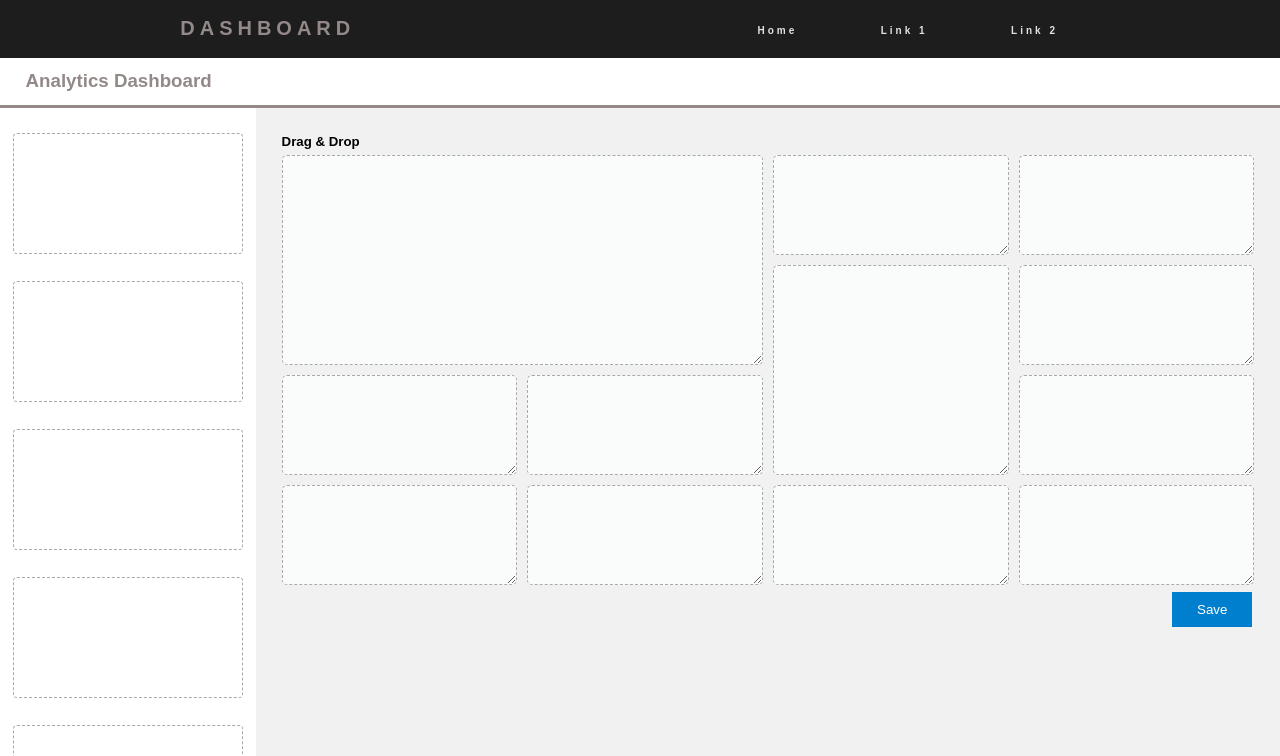
Repository: nourabdelhakam/drag-drop
Page: index.html
An editor plug-in stored every save of this project. The page is shown before and after the next save, followed by the edit.
The browser window is 1280 px wide. The pictures show the whole page.
Some web libraries are served in a nearby version.

Above is the page before, as saved 2020-07-05 15:55:45.
Console error: TypeError: myChart1.forEach is not a function

After the next save:
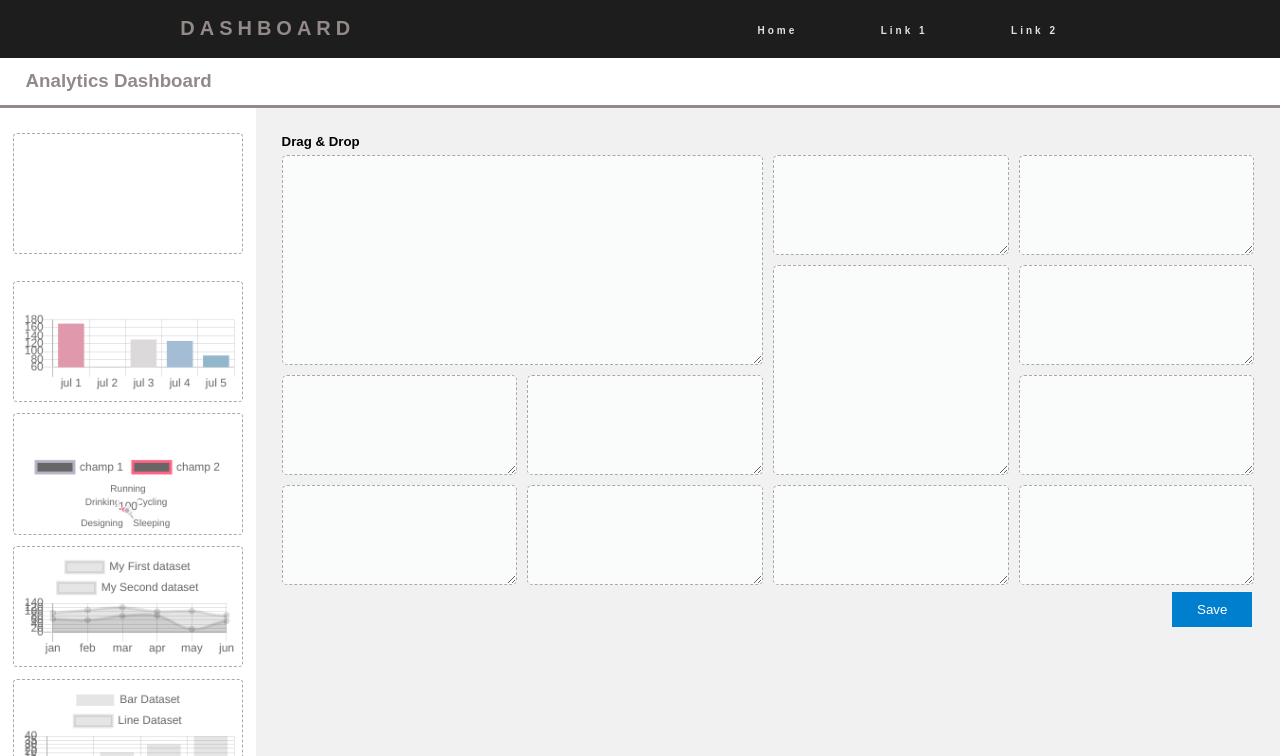
Saved 13 s later.
--- a/chart.js
+++ b/chart.js
@@ -5,10 +5,7 @@
 
 setTimeout(
     function () {
-
-    },100
-)
-let myChart1 = document.getElementsByClassName("myChart");
+        let myChart1 = document.getElementsByClassName("myChart");
 console.log(myChart1);
 
 myChart1.forEach(chart => {
@@ -31,6 +28,9 @@
     });
 });
 
+
+    },100
+)
 
 let labels2 = ['jul 1', 'jul 2', 'jul 3', 'jul 4', 'jul 5'];
 let data2 = [170, 60.5, 130, 126.3, 90];

After the 2 saves that followed:
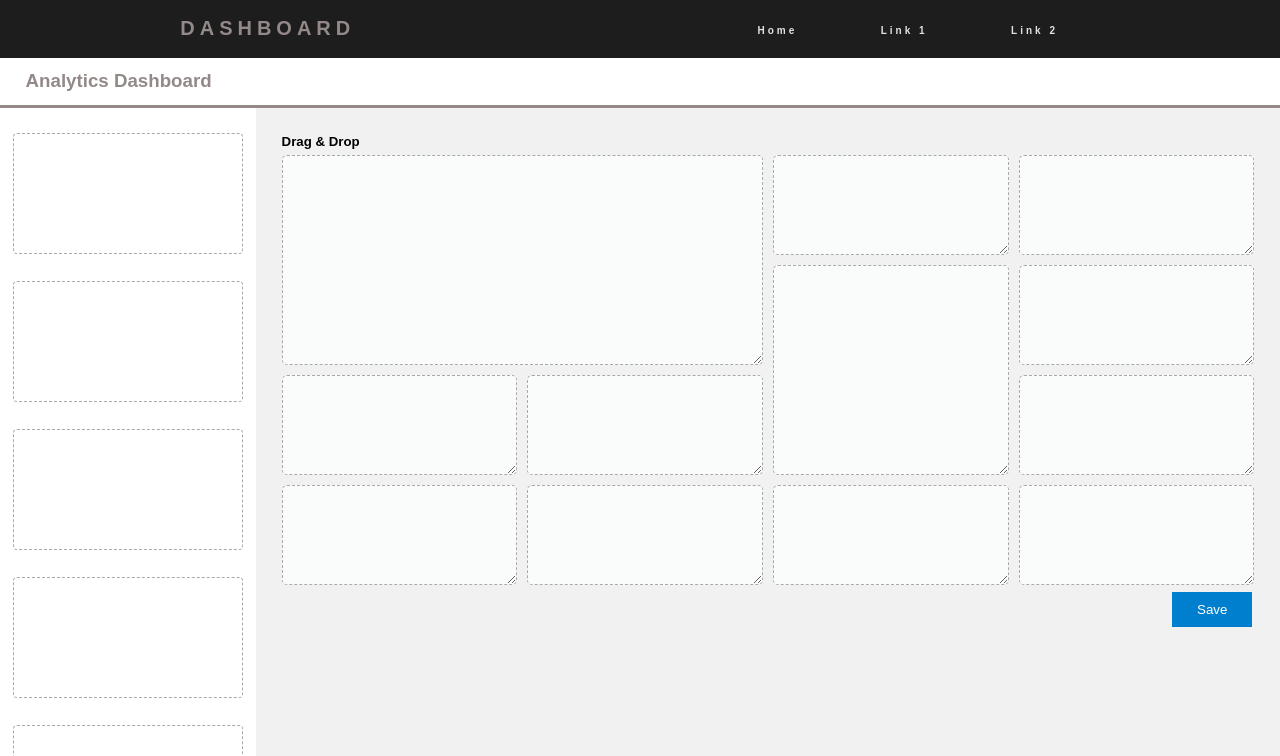
The 2 saves are shown as one change because 1 left the picture as it was.
The last was saved 53 s later.
--- a/chart.js
+++ b/chart.js
@@ -3,9 +3,7 @@
 let colors1 = ['#C45C4B', '#7B4D6A']
 let labels1 = ['YES', 'NO'];
 
-setTimeout(
-    function () {
-        let myChart1 = document.getElementsByClassName("myChart");
+let myChart1 = document.getElementsByClassName("myChart");
 console.log(myChart1);
 
 myChart1.forEach(chart => {
@@ -27,10 +25,23 @@
         }
     });
 });
+let chart1 = new Chart(myChart1, {
+    type: 'doughnut',
+    data: {
+        labels: labels1,
+        datasets: [ {
+            data: data1,
+            backgroundColor: colors1
+        }]
+    },
+    options: {
+        title: {
+            Text: "Do you like doughnuts?",
+            display: true,
 
-
-    },100
-)
+        }
+    }
+});
 
 let labels2 = ['jul 1', 'jul 2', 'jul 3', 'jul 4', 'jul 5'];
 let data2 = [170, 60.5, 130, 126.3, 90];
